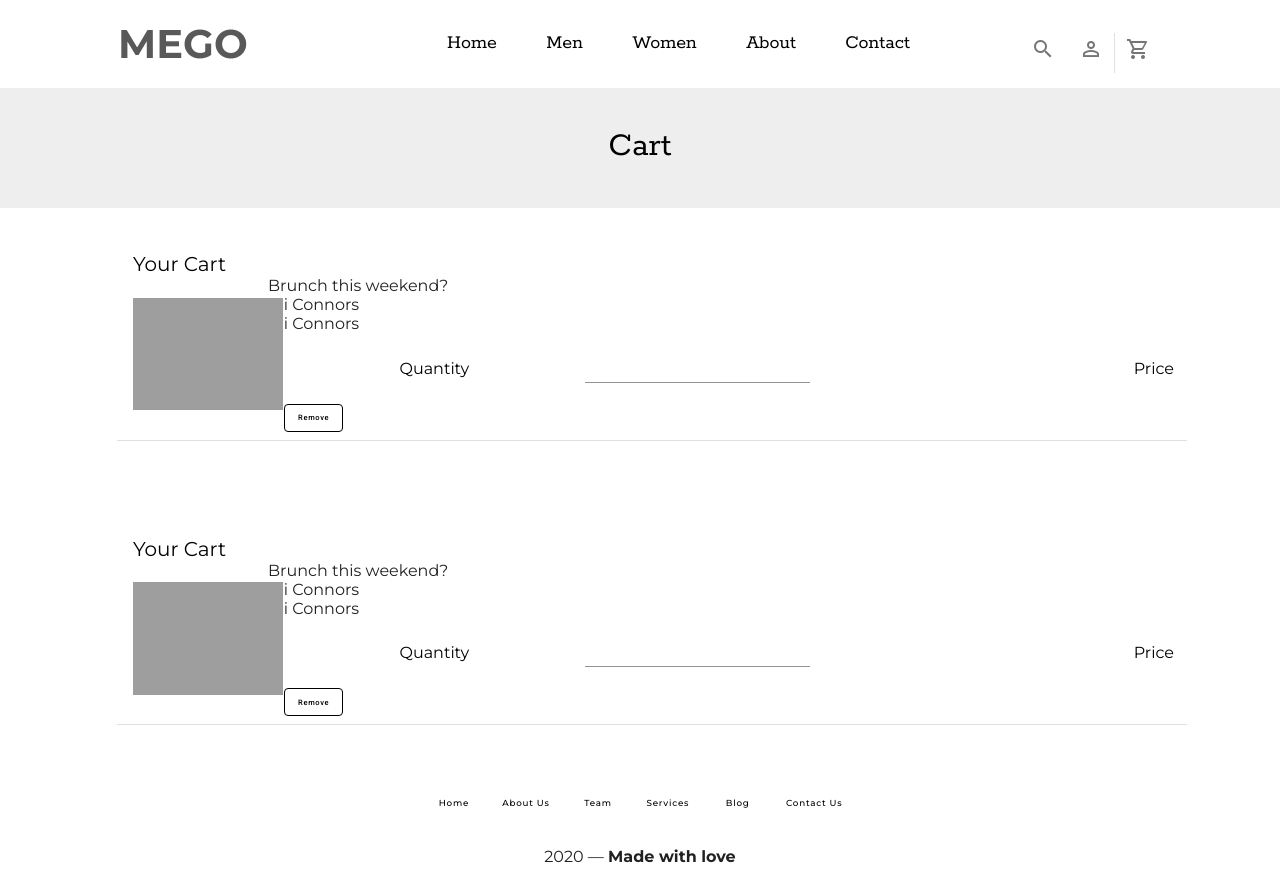
Repository: nguyenphuong152/mego-frontend
Page: /cart (app in frontend/)
The author's editor kept a copy of each file at every save. The page is drawn from the files as they stood at one save, then again after the next save.
The browser window is 1280 px wide. The pictures show the whole page.
Pictures or frames that could not be fetched are drawn as grey boxes. The project was rebuilt for these pictures with package versions that can differ from the ones it lists, and the page was loaded fresh each time. Also part of the build but not shown: frontend/vue.config.js, frontend/src/components/Customer/Collection.vue, frontend/src/components/Customer/Banner.vue, frontend/src/components/Customer/BestSeller.vue, frontend/src/components/Customer/Partner.vue, frontend/src/views/Customer/Home.vue, frontend/src/components/Customer/ProductCategory.vue, frontend/src/components/Customer/ProductView.vue and 10 more. Imported but missing from the stored project, and not drawn on this page: frontend/src/views/Admin/Category.vue, frontend/src/views/Admin/ManageProduct.vue, frontend/src/views/Admin/ManageUser.vue, frontend/src/views/Admin/OrderList.vue.

Above is the page before, as saved 2020-11-26 17:04:51.

### frontend/public/index.html
<!DOCTYPE html>
<html lang="en">
  <head>
    <meta charset="utf-8">
    <head>
      <title>MEGO</title>
    </head>
    <meta http-equiv="X-UA-Compatible" content="IE=edge">
    <meta name="viewport" content="width=device-width,initial-scale=1.0">
    <link rel="icon" href="<%= BASE_URL %>favicon.ico">
    <title><%= htmlWebpackPlugin.options.title %></title>
    <link href="https://fonts.googleapis.com/css?family=Montserrat:300,400,500,600,700" rel="stylesheet">
    <link href="https://fonts.googleapis.com/css?family=Rokkitt:100,300,400,700" rel="stylesheet">
    <link rel="stylesheet" href="https://fonts.googleapis.com/css?family=Roboto:100,300,400,500,700,900">
    <link rel="stylesheet" href="https://cdn.jsdelivr.net/npm/@mdi/font@latest/css/materialdesignicons.min.css">
  </head>
  <body>
    <noscript>
      <strong>We're sorry but <%= htmlWebpackPlugin.options.title %> doesn't work properly without JavaScript enabled. Please enable it to continue.</strong>
    </noscript>
    <div id="app"></div>
    <!-- built files will be auto injected -->
  </body>
</html>

### frontend/src/main.js
import Vue from 'vue'
import App from './App.vue'
import vuetify from './plugins/vuetify';
import router from './router'
import '../sass/style.scss'
import 'bootstrap/dist/css/bootstrap.css'
import 'bootstrap-vue/dist/bootstrap-vue.css'
import { BootstrapVue, IconsPlugin } from 'bootstrap-vue'

Vue.use(BootstrapVue)
// Optionally install the BootstrapVue icon components plugin
Vue.use(IconsPlugin)
Vue.config.productionTip = false

new Vue({
  vuetify,
  router,
  render: h => h(App)
}).$mount('#app')

### frontend/src/App.vue
<template>
  <v-app app>
    <v-container v-if="!['Admin', 'Banner', 'Category','Product','ManageUser','OrderList','Dashboard'].includes($route.name)">
      <Toolbar />
    </v-container>
    <v-main>
      <router-view></router-view>
    </v-main>
      <Footer v-if="!['Admin', 'Banner', 'Category','Product','ManageUser','OrderList','Dashboard'].includes($route.name)"/>
  </v-app>

</template>

<script>

import Footer from "./components/Customer/Footer";
import Toolbar from "./components/Customer/Toolbar";

export default {
  name: "App",

  components: {
    Toolbar,
    Footer
  },

  data: () => ({
    //
  }),
};
</script>

### frontend/src/plugins/vuetify.js
import Vue from 'vue';
import Vuetify from 'vuetify/lib';


Vue.use(Vuetify);

const vuetify = new Vuetify({
    theme: {
      themes: {
        light: {
          primary: '#000',
          secondary: '#b0bec5',
          accent: '#8c9eff',
          error: '#b71c1c',
        },
      },
    },
  })

export default new Vuetify({
    vuetify,
});

### frontend/src/router/index.js
import Vue from "vue";
import VueRouter from "vue-router";
import Home from "../views/Customer/Home.vue";
import Men from "../views/Customer/Men.vue";
import Women from "../views/Customer/Women.vue";
import Admin from "../views/Admin/Admin.vue";
import Product from "../views/Admin/ManageProduct.vue";
import Banner from "../views/Admin/Banner.vue";
import Category from "../views/Admin/Category.vue";
import ManageUser from "../views/Admin/ManageUser.vue";
import OrderList from "../views/Admin/OrderList.vue";
import Dashboard from "../views/Admin/Dashboard.vue"
//import ProductDetail from "../views/ProductDetail.vue"

Vue.use(VueRouter);

const routes = [
  {
    path: "/",
    name: "Home",
    component: Home,
  },
  {
    path: "/men",
    name: "Men",
    component: Men,
  },
  {
    path: "/women",
    name: "Women",
    component: Women,
  },
  {
    path: "/about",
    name: "About",
    // route level code-splitting
    // this generates a separate chunk (about.[hash].js) for this route
    // which is lazy-loaded when the route is visited.
    component: () =>
      import(/* webpackChunkName: "about" */ "../views/Customer/About.vue"),
  },
  {
    path: "/contact",
    name: "Contact",
    component: () =>
      import(/* webpackChunkName: "about" */ "../views/Customer/Contact.vue"),
  },
  {
    path: "/cart",
    name: "Cart",
    component: () =>
      import(/* webpackChunkName: "about" */ "../views/Customer/Cart.vue"),
  },
  {
    path: "/account",
    name: "Account",
    component: () =>
      import(/* webpackChunkName: "about" */ "../views/Customer/Account.vue"),
  },
  {
    path: "/userlogin",
    name: "UserLogin",
    component: () =>
      import(/* webpackChunkName: "about" */ "../views/Customer/UserLogin.vue"),
  },
  {
    path: "/checkout",
    name: "Checkout",
    component: () =>
      import(/* webpackChunkName: "about" */ "../views/Customer/Checkout.vue"),
  },
  {
    path: "/product/:id",
    name: "ProductDetail",
    component: () =>
      import(/* webpackChunkName: "about" */ "../views/Customer/ProductDetail.vue"),
  },
  {
    path: "/admin",
    name: "Admin",
    component: Admin,
    children: [
      {
        path: "/banner",
        name: "Banner",
        component: Banner,
      },
      {
        path: "/category",
        name: "Category",
        component: Category,
      },
      {
        path: "/product",
        name: "Product",
        component: Product,
      },
      {
        path: "/manageuser",
        name: "ManageUser",
        component: ManageUser,
      },
      {
        path: "/orderlist",
        name: "OrderList",
        component: OrderList,
      },
      {
        path: "/dashboard",
        name: "Dashboard",
        component: Dashboard,
      },
    ],
  },
];

const router = new VueRouter({
  mode: "history",
  base: process.env.BASE_URL,
  routes,
});

export default router;

### frontend/sass/style.scss

$font-primary: 'Montserrat',
Arial,
sans-serif;
$font-secondary: 'Rokkitt',
Georgia,
serif;


@import '~vuetify/src/styles/styles.sass';

// Overrides
$grid-gutter-width: 20px !default;
$border-radius-base: 4px !default;
$padding-base-vertical: 14px !default;

$brand-primary: #616161 !default;
$brand-secondary: #88c8bc !default;
$brand-yellow: #FFDD00 !default;
$brand-footer-color: #2C2E3E;

$brand-white: #fff;
$brand-black: #000;
$brand-darker: #444;
$brand-gray: #ccc;
$brand-lighter: #e9e9e9;
$brand-body-color: #e8e8e8;
$brand-selection-color: #f9f6f0;
$brand-overlay-color: #4c4a8a;
$brand-bg-color: $brand-white;

.v-btn {
  text-transform:none !important;
}
// .v-text-field{
//   width: 50px;
//   height: 10px;
// }

#app {
  -webkit-font-smoothing: antialiased;
  -moz-osx-font-smoothing: grayscale;

  text-align: center;
  .container {
    max-width: 1100px;
  }
  font: 300
}

.nav {
  padding-left: 0px;
  a {
    font-size: 20px;
    color: lighten($brand-black,35%);
    font-family: $font-secondary;
    text-decoration: none;
    font-weight: 500;
    &.router-link-exact-active {
      color: #42b983;
    }

  }
}

#logo {
  font-size: 40px;
  font-weight: 700;
  font-family: $font-primary;
  color: lighten($brand-black, 35%);
}


.slogan {
  font-size: 50px;
  color: #2c3e50;
  font-family: $font-secondary;
  text-decoration: none;
}

.title-collection{
  @extend .slogan;
  font-size: 25px;
}


.slogan-3 {
  @extend .slogan;
  font-size: 35px;
}

.title-shoes {
  @extend .slogan;
  font-size: 20px;
}


.footer-text {
  font-family:$font-primary;
  font-size: 16px;
}

.admin {
  font-family: $font-primary;
  font-size:16px;
}

.admin-nav {
  font-family: $font-primary !important;
  font-size: 20px !important;
  color: white !important;
}

### frontend/src/components/Customer/Footer.vue
<template>
  <v-footer class="white" padless>
    <v-row justify="center" no-gutters>
      <v-btn
        v-for="link in links"
        :key="link"
        color="black"
        text
        rounded
        class="my-2 footer-text"
      >
        {{ link }}
      </v-btn>
      <v-col class="white py-4 text-center fluid footer-text" cols="12">
        {{ new Date().getFullYear() }} — <strong>Made with love</strong>
      </v-col>
    </v-row>
  </v-footer>
</template>

<script>
export default {
  data: () => ({
    links: ["Home", "About Us", "Team", "Services", "Blog", "Contact Us"],
  }),
};
</script>

<style></style>

### frontend/src/components/Customer/Toolbar.vue
<template>
  <v-toolbar flat>
    <v-row class="d-flex align-baseline">
      <v-col cols="3" class="d-flex justify-lg-start">
        <v-toolbar-title id="logo">MEGO</v-toolbar-title>
      </v-col>
      <v-col class="d-flex justify-space-around text-start nav">
        <router-link to="/">Home</router-link>
        <router-link to="/men">Men</router-link>
        <router-link to="/women">Women</router-link>
        <router-link to="/about">About</router-link>
        <router-link to="/contact">Contact</router-link>
      </v-col>
      <v-col cols="2" class="d-flex justify-end">
        <v-btn icon>
          <v-icon>mdi-magnify</v-icon>
        </v-btn>
        <v-menu
          open-on-hover
          top
          offset-y
          :position-x="960"
          :position-y="230"
          absolute
        >
          <template v-slot:activator="{ on, attrs }">
            <v-btn icon v-bind="attrs" v-on="on">
              <v-icon>mdi-account-outline</v-icon>
            </v-btn>
          </template>

          <v-list class="text-start nav">
            <v-list-item v-for="(item, index) in routes" :key="index" :to="item.path">
              <v-list-item-title>{{ item.name }}</v-list-item-title>
            </v-list-item>
          </v-list>
        </v-menu>
        <v-divider vertical inset></v-divider>
        <v-btn icon @click="goToCart">
          <v-icon>mdi-cart-outline</v-icon>
        </v-btn>
      </v-col>
    </v-row>
  </v-toolbar>
</template>

<script>
export default {
  data: () => ({
    routes: [
      {
        path:"/checkout",
        name:"Check Out"
       },
       {
        path:"/account",
        name:"My Account"
       },
       {
        path:"/userlogin",
        name:"User Login"
       },

    ],
  }),
  methods: {
     goToCart: function() {
     this.$router.push({name: 'Cart'})
     }
  }
};
</script>

<style></style>

### frontend/src/views/Customer/Cart.vue
<template>
  <div class="cart app">
   <v-sheet color="grey lighten-3" height="120">
      <v-container py-8>
        <a class="slogan-3">Cart</a>
      </v-container>
    </v-sheet>
     <div>
       <v-container>
 <v-row>
         <v-col cols="8">
<totalProducts/>
         </v-col>
   <v-col>
<totalProducts/>
         </v-col>
       </v-row>
       </v-container>

  </div>
  </div>
</template>

<script>

import totalProducts from '../../components/Customer/TotalProducts'


export default {
  components: {totalProducts},
   data () {

   }
}
</script>

### frontend/src/components/Customer/TotalProducts.vue
<template>
  <v-container class="app">
    <v-list three-line>
      <template v-for="(item, index) in items">
        <v-subheader
          class="admin-nav black--text"
          v-if="item.header"
          :key="item.header"
          v-text="item.header"
        ></v-subheader>

        <v-divider v-else-if="item.divider" :key="index"></v-divider>

        <v-list-item v-else :key="item.title">
          <v-img :src="item.avatar" max-height="150" max-width="150"></v-img>
          <v-container class="pa-0">
           <v-row class="text-start">
              <v-list-item-title
              v-html="item.title"
              class="admin"
            ></v-list-item-title>
             <v-list-item-subtitle
              class="admin"
              v-html="item.subtitle"
            ></v-list-item-subtitle>
              <v-list-item-subtitle
              class="admin"
              v-html="item.subtitle"
            ></v-list-item-subtitle>
           </v-row >
            <v-row class="pl-4 d-flex align-center">
              <v-col class="pa-0 admin " cols="4">
                <a>Quantity</a>
              </v-col>
              <v-col class="pa-0 admin" cols="3">
                <v-text-field single-line></v-text-field>
              </v-col>
              <v-col class="text-end admin">
                <a> Price</a>
              </v-col>

            </v-row>
            <v-row class="pl-4 d-flex align-center">
                 <v-btn small  outlined color="black">
              Remove
            </v-btn>
              </v-row>

          </v-container>
        </v-list-item>
      </template>
    </v-list>
  </v-container>
</template>

<script>
export default {
  data: () => ({
    items: [
      { header: "Your Cart" },
      {
        avatar: "https://cdn.vuetifyjs.com/images/lists/1.jpg",
        title: "Brunch this weekend?",
        subtitle: `<span class="text--primary">Ali Connors</span>`,
      },
      { divider: true, inset: true },
    ],
    size: ["Foo", "Bar", "Fizz", "Buzz"],
  }),
};
</script>

<style></style>

After the next save:
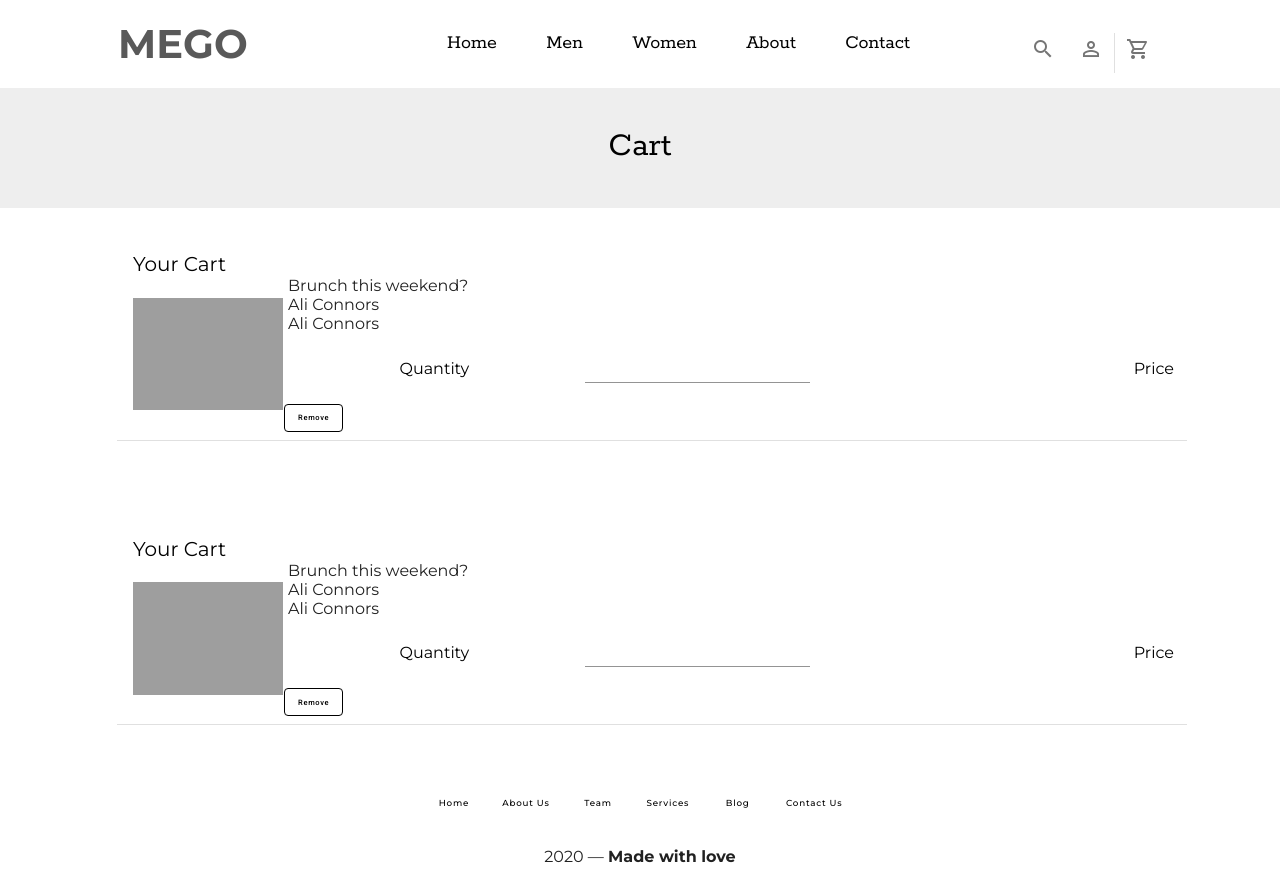
Saved 20 s later.
--- a/frontend/src/components/Customer/TotalProducts.vue
+++ b/frontend/src/components/Customer/TotalProducts.vue
@@ -14,7 +14,7 @@
         <v-list-item v-else :key="item.title">
           <v-img :src="item.avatar" max-height="150" max-width="150"></v-img>
           <v-container class="pa-0">
-           <v-row class="text-start">
+           <v-row class="text-start pl-5">
               <v-list-item-title
               v-html="item.title"
               class="admin"
